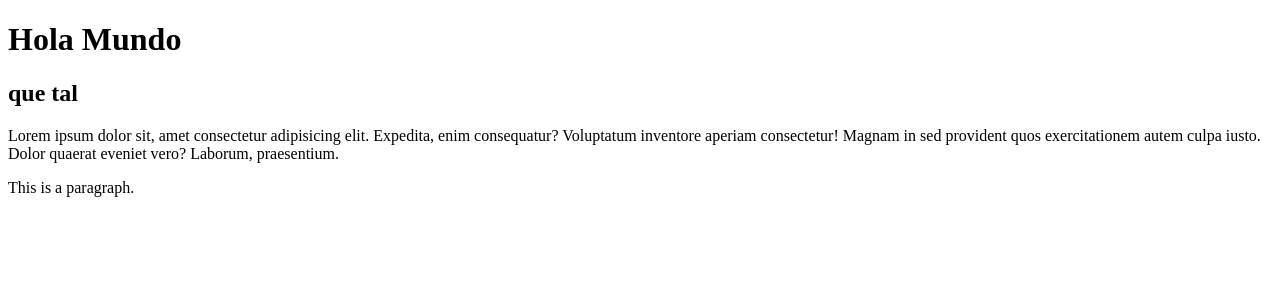
Repository: Devbenitez/Gen_30
Page: Gen_30/Maquetado/Clase1/index.html
An editor plug-in stored every save of this project. The page is shown before and after the next save, followed by the edit.
The browser window is 1280 px wide. The pictures show the whole page.

Above is the page before, as saved 2023-11-07 21:33:46.

After the next save:
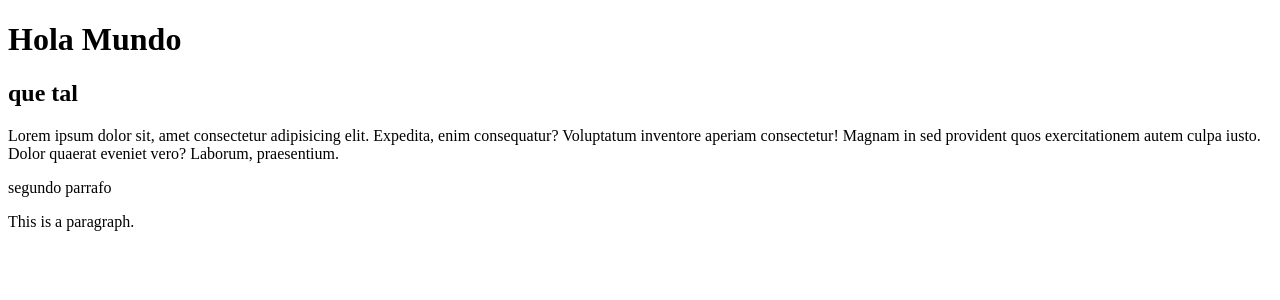
Saved 20 s later.
--- a/Gen_30/Maquetado/Clase1/index.html
+++ b/Gen_30/Maquetado/Clase1/index.html
@@ -22,6 +22,7 @@
     <h2>que tal</h2>
 
     <p>Lorem ipsum dolor sit, amet consectetur adipisicing elit. Expedita, enim consequatur? Voluptatum inventore aperiam consectetur! Magnam in sed provident quos exercitationem autem culpa iusto. Dolor quaerat eveniet vero? Laborum, praesentium.</p>
+    <p>segundo parrafo</p>
 </main>
 
 <p>This is a paragraph.</p>
